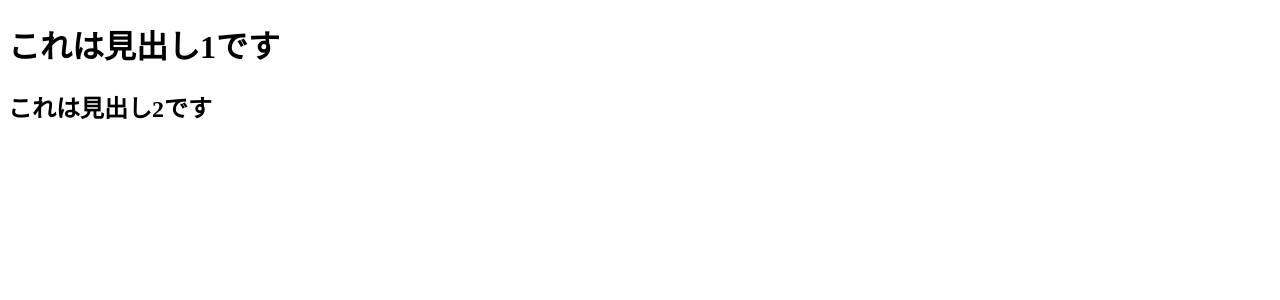
Repository: KustomApe/BlackRabbitTV
Page: 001_HTML/index.html
An editor plug-in stored every save of this project. The page is shown before and after the next save, followed by the edit.
The browser window is 1280 px wide. The pictures show the whole page.

Above is the page before, as saved 2023-11-13 11:35:43.

After the next save:
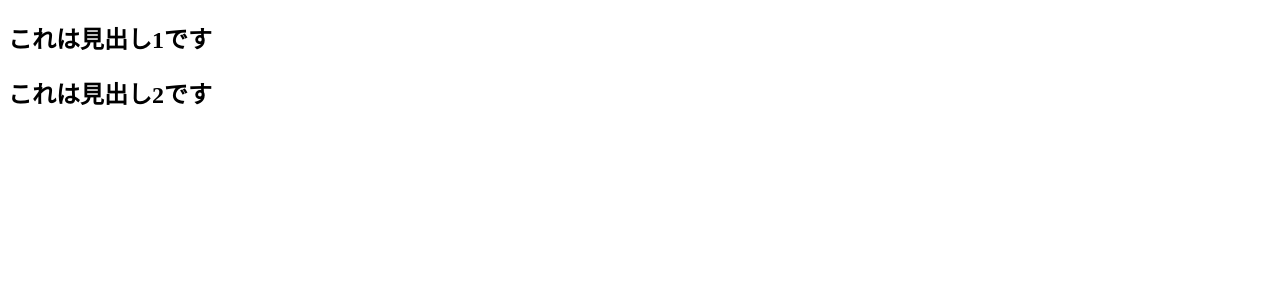
Saved 23 s later.
--- a/001_HTML/index.html
+++ b/001_HTML/index.html
@@ -11,7 +11,7 @@
 <body>
     <!-- HTML5 -->
     <!-- 見出し = Heading1, Heading2, Heading3 -->
-    <h1>これは見出し1です</h1>
+    <h2>これは見出し1です</h2>
     <h2>これは見出し2です</h2>
 </body>
 </html>

After the save that followed:
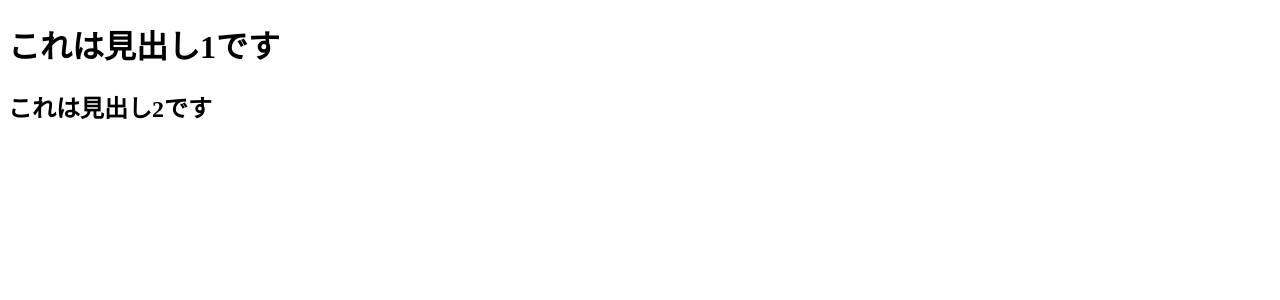
Saved 10 s later.
--- a/001_HTML/index.html
+++ b/001_HTML/index.html
@@ -11,7 +11,7 @@
 <body>
     <!-- HTML5 -->
     <!-- 見出し = Heading1, Heading2, Heading3 -->
-    <h2>これは見出し1です</h2>
+    <h1>これは見出し1です</h1>
     <h2>これは見出し2です</h2>
 </body>
 </html>
